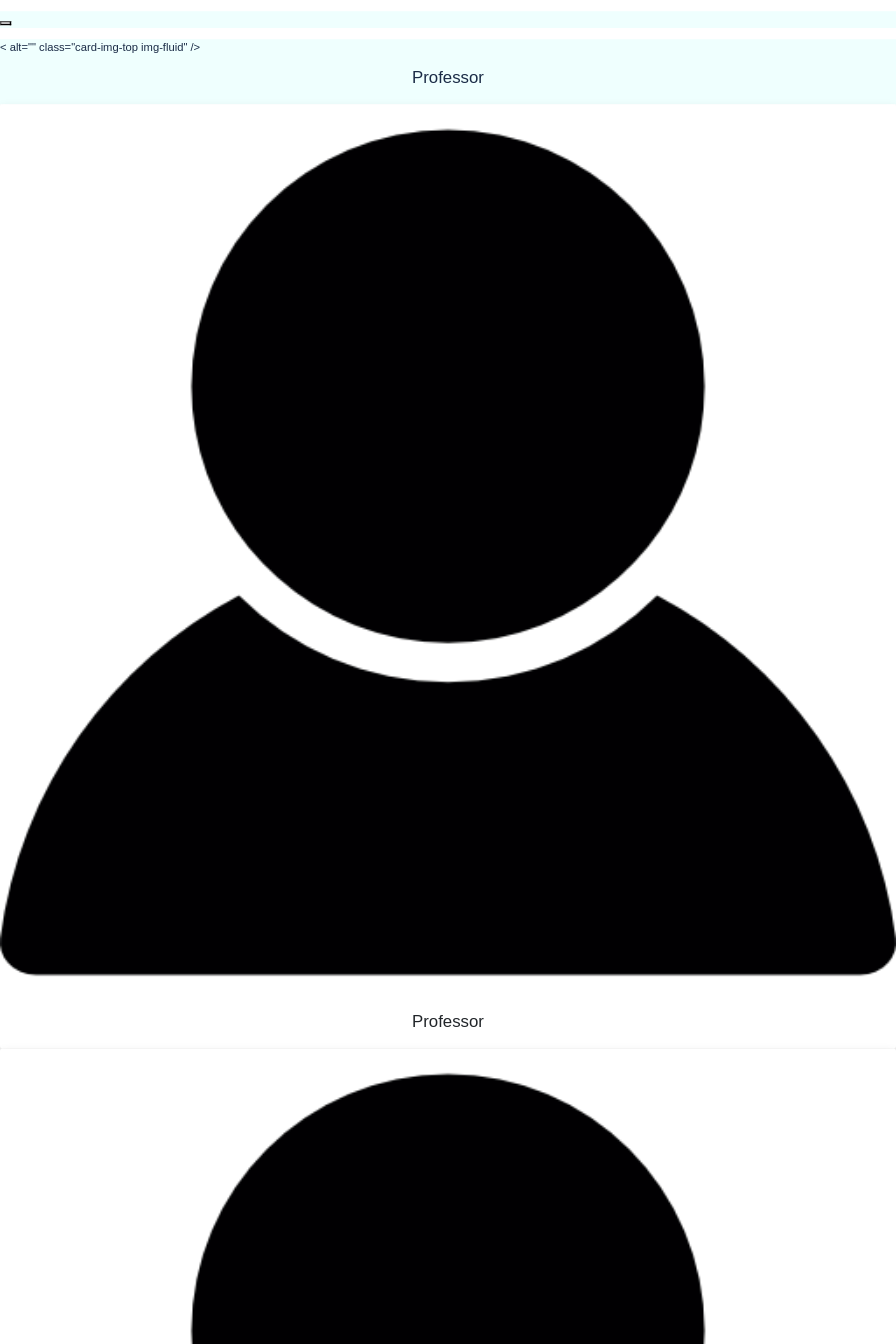
Repository: MarTech-Coders-Planejamento/site-oficial
Page: home.html
The author's editor kept a copy of each file at every save. The page is drawn from the files as they stood at one save, then again after the next save.
The browser window is 1280 px wide. The pictures show the part of the page from y = 0 to 1920 px (the page is 15165 px tall), at 70% of full size.
Some web fonts or font styles are not loaded; a fallback is used.

Above is the page before, as saved 2021-10-23 01:39:41.

After the next save:
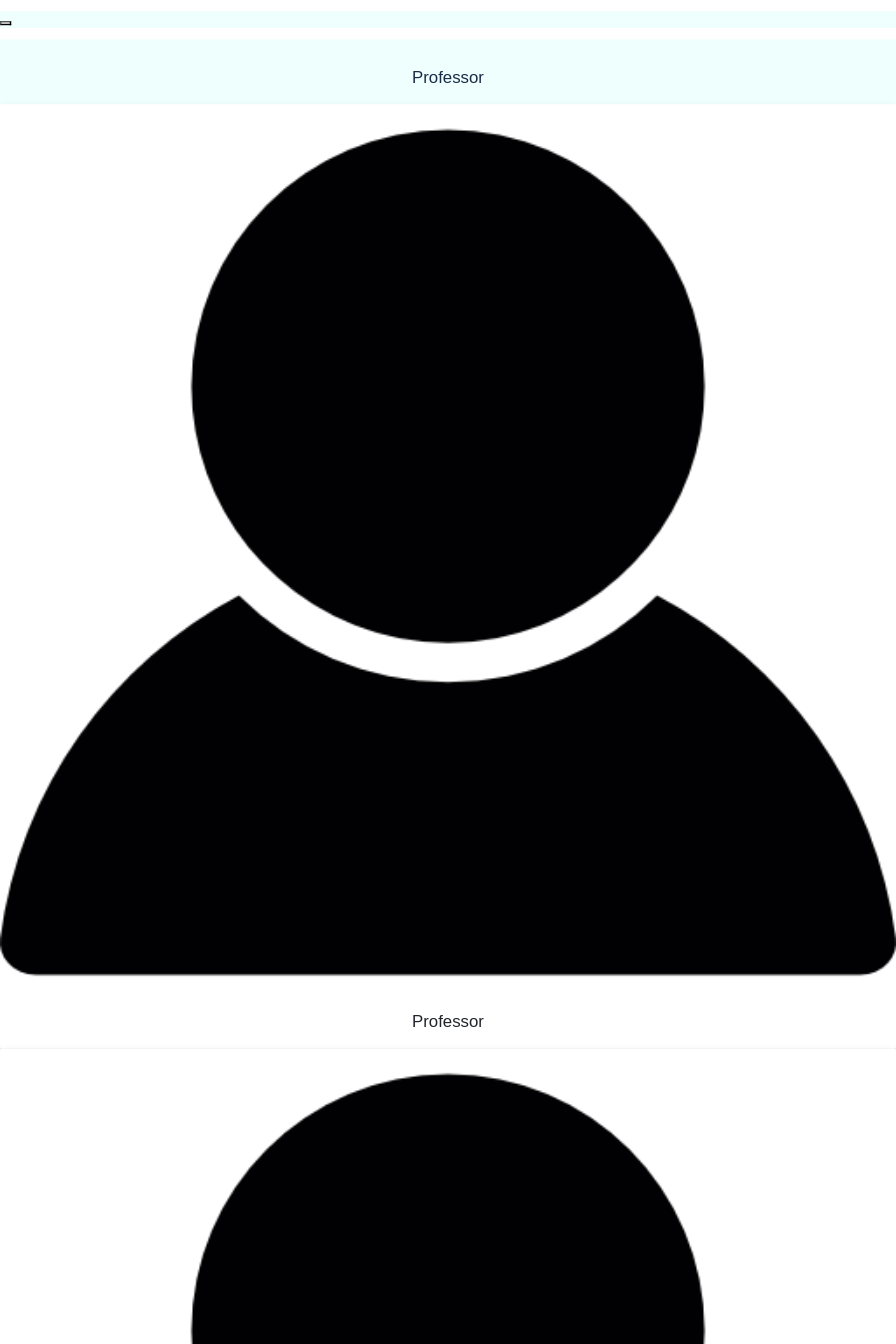
Saved 15 s later.
--- a/home.html
+++ b/home.html
@@ -62,7 +62,7 @@
         </section>
         <section class="bg-one">
           <!--dobra3-->
-          <  alt="" class="card-img-top img-fluid" />
+          <img  alt="" class="card-img-top img-fluid" />
                     <div class="card-body">
                       <div class="card-title text-center">
                         <h4>Professor</h4>
